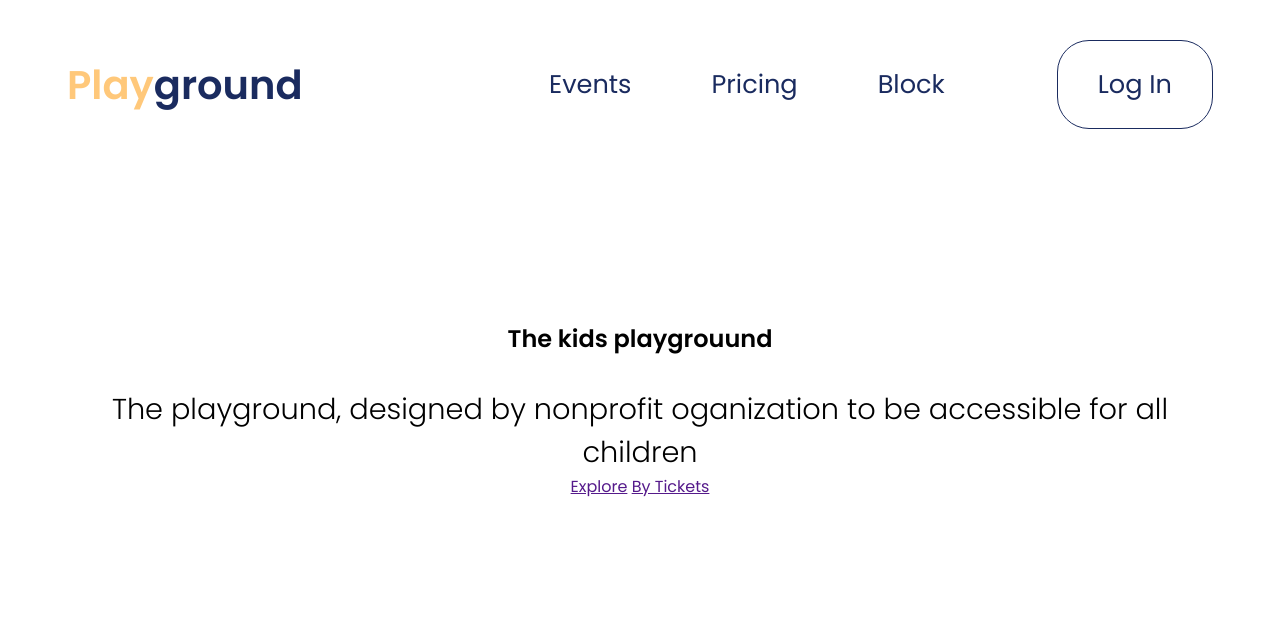
Repository: tuanpham-aptech/front-end
Page: psdtohtml/playgroud/index.html
These files come from the project's save history. The page is drawn as it stood at one moment and after the next save; the edit follows.
The browser window is 1280 px wide. The pictures show the whole page.
Some web libraries are served in a nearby version.

Above is the page before, as saved 2021-10-13 17:51:09.

After the next save:
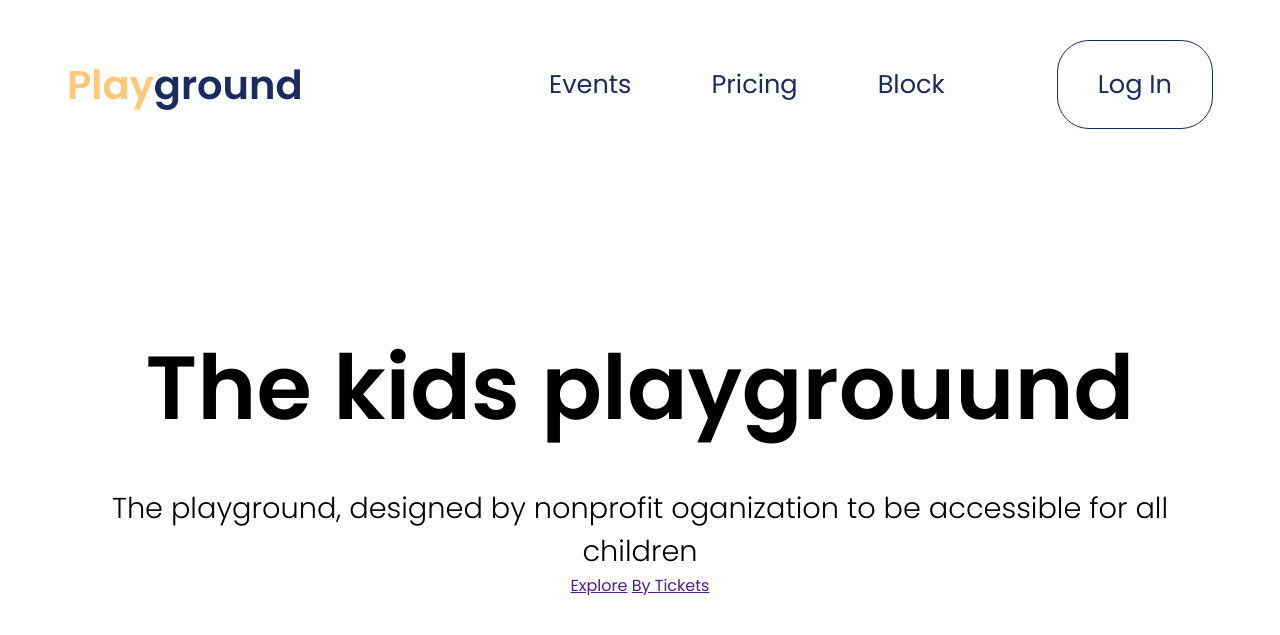
Saved 4 s later.
--- a/psdtohtml/playgroud/assets/css/style.css
+++ b/psdtohtml/playgroud/assets/css/style.css
@@ -85,7 +85,7 @@
 
 .banner__heading {
     margin-bottom: 2rem;
-    font-size: rem;
+    font-size: 5.6rem;
     font-weight: 600;
 }
 
